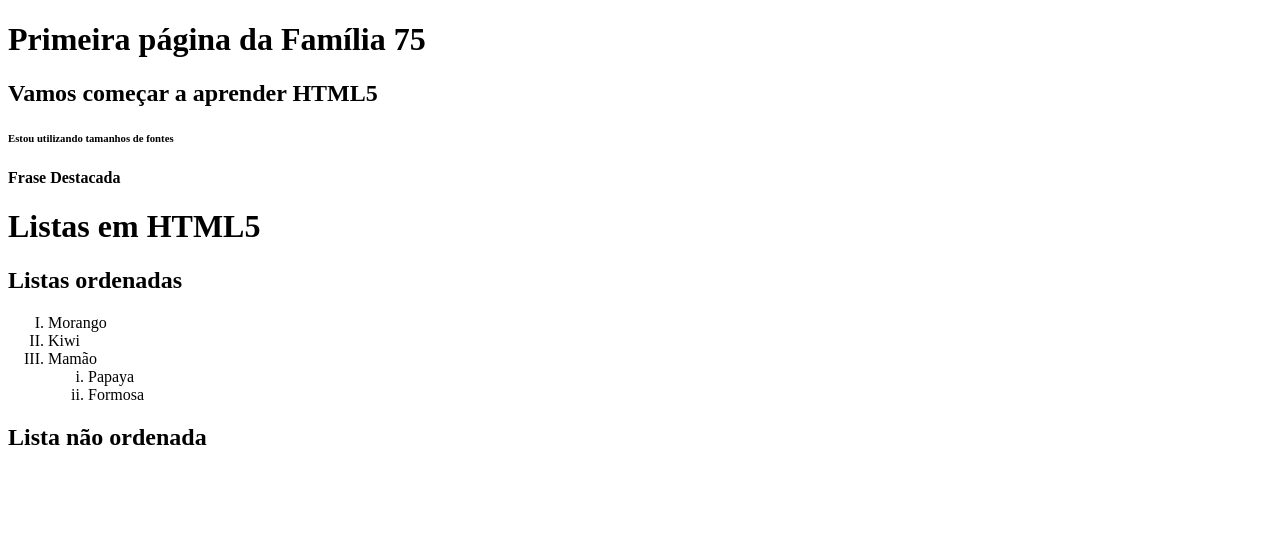
Repository: Thichi99/BootcampGen75
Page: Familia75/index.html
An editor plug-in stored every save of this project. The page is shown before and after a run of saves, followed by the edit.
The browser window is 1280 px wide. The pictures show the whole page.

Above is the page before, as saved 2024-07-26 10:56:35.

After the next 7 saves:
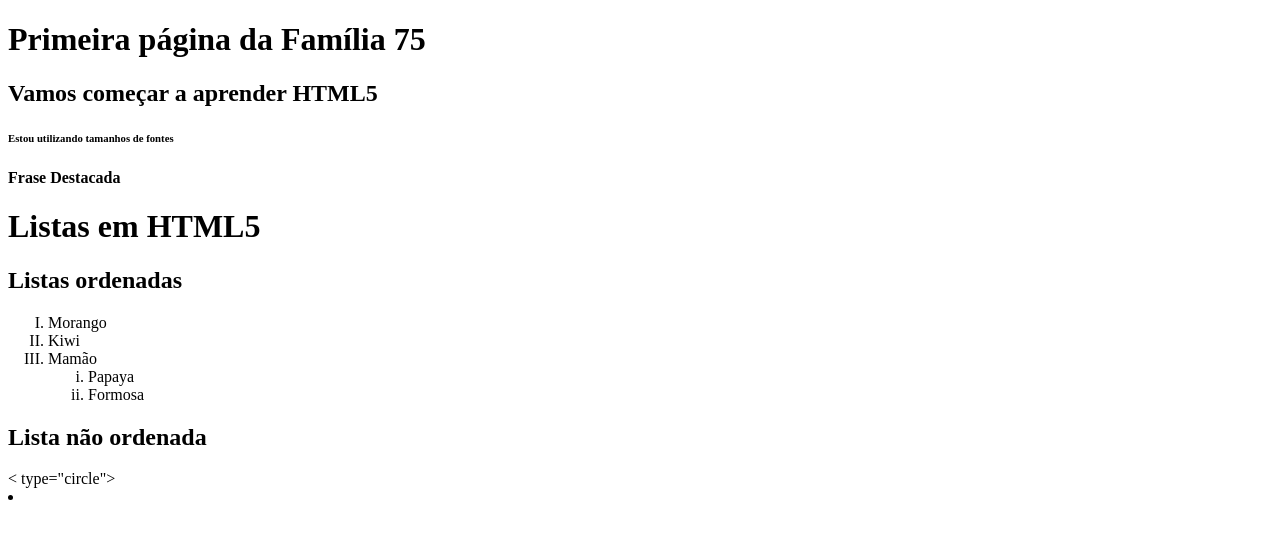
The 7 saves are shown as one change because they came seconds apart.
The last was saved 17 s later.
--- a/Familia75/index.html
+++ b/Familia75/index.html
@@ -26,8 +26,8 @@
         </li>
    </ol>
    <h2>Lista não ordenada</h2>
-   <ul type="circle"></ul>
-
+   < type="circle">
+        <li></li>
    </ul>
 </body>
 </html>
